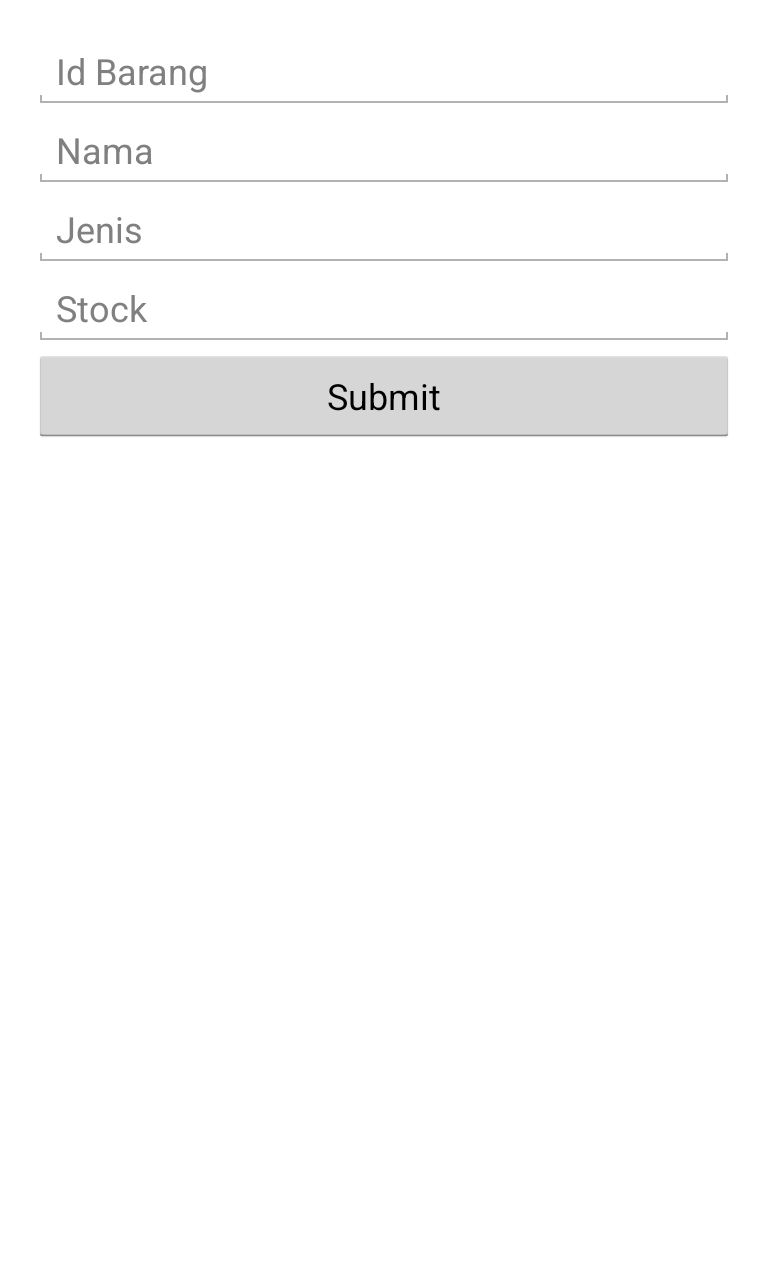
Repository: kisahtegar/UnipiLabs
Layout: GudangKisah/res/layout/activity_add_data.xml
The author's editor kept a copy of each file at every save. The layout is drawn from the files as they stood at one save, then again after the next save.
It is drawn on a 768 x 1280 px phone screen (xhdpi) without system bars, with theme AppTheme; the app's code is not run.

Above is the layout before, as saved 2024-07-31 04:37:22.

### GudangKisah/res/layout/activity_add_data.xml
<!-- activity_add_data.xml -->
<LinearLayout xmlns:android="http://schemas.android.com/apk/res/android"
    android:layout_width="match_parent"
    android:layout_height="match_parent"
    android:orientation="vertical"
    android:padding="16dp">

    <EditText
        android:id="@+id/id_barang"
        android:layout_width="match_parent"
        android:layout_height="wrap_content"
        android:hint="@string/id_barang"/>

    <EditText
        android:id="@+id/nama"
        android:layout_width="match_parent"
        android:layout_height="wrap_content"
        android:hint="@string/nama" />

    <EditText
        android:id="@+id/jenis"
        android:layout_width="match_parent"
        android:layout_height="wrap_content"
        android:hint="@string/jenis"/>

    <EditText
        android:id="@+id/stock"
        android:layout_width="match_parent"
        android:layout_height="wrap_content"
        android:hint="@string/stock"/>

    <Button
        android:id="@+id/submit_button"
        android:layout_width="match_parent"
        android:layout_height="wrap_content"
        android:text="@string/submit"/>
</LinearLayout>

### GudangKisah/res/values/strings.xml
<?xml version="1.0" encoding="utf-8"?>
<resources>

    <string name="app_name">GudangKisah</string>
    <string name="action_settings">Settings</string>
    <string name="hello_world">Hello world!</string>

    <string name="tambah_barang">Tambah Barang</string>
    <string name="update_barang">Update Barang</string>
    <string name="tambah_data">Tambah Data</string>
    <string name="id_barang">Id Barang</string>
    <string name="nama">Nama</string>
    <string name="jenis">Jenis</string>
    <string name="stock">Stock</string>
    <string name="submit">Submit</string>
</resources>

Loaded but not shown: GudangKisah/res/values/styles.xml (common file); GudangKisah/res/values-v11/styles.xml (common file); GudangKisah/res/values-v14/styles.xml (common file)

After the next save:
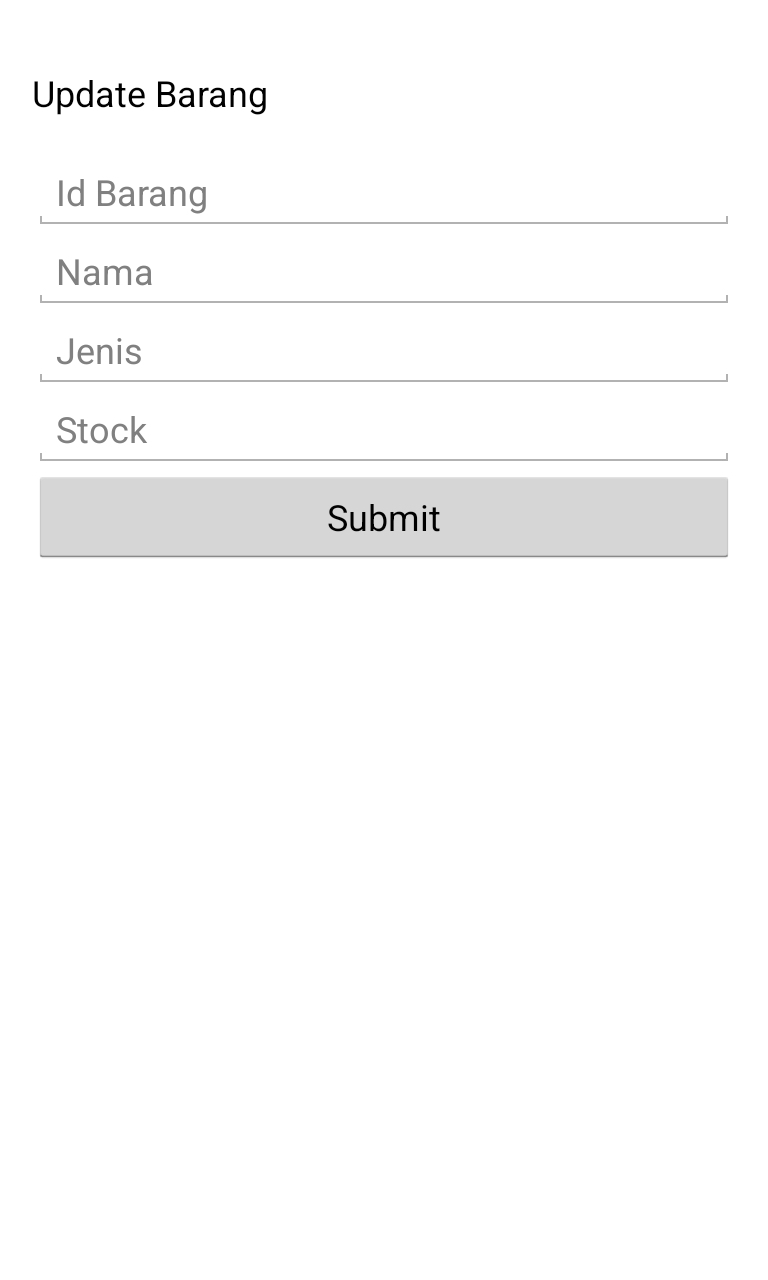
Saved 40 s later.
--- a/GudangKisah/res/layout/activity_add_data.xml
+++ b/GudangKisah/res/layout/activity_add_data.xml
@@ -4,6 +4,15 @@
     android:layout_height="match_parent"
     android:orientation="vertical"
     android:padding="16dp">
+
+    <TextView
+        android:id="@+id/textView1"
+        android:layout_width="wrap_content"
+        android:layout_height="wrap_content"
+        android:textAppearance="?android:attr/textAppearanceMedium"
+        android:layout_marginTop="18dp"
+        android:layout_marginBottom="18dp"
+        android:text="@string/update_barang" />
 
     <EditText
         android:id="@+id/id_barang"
